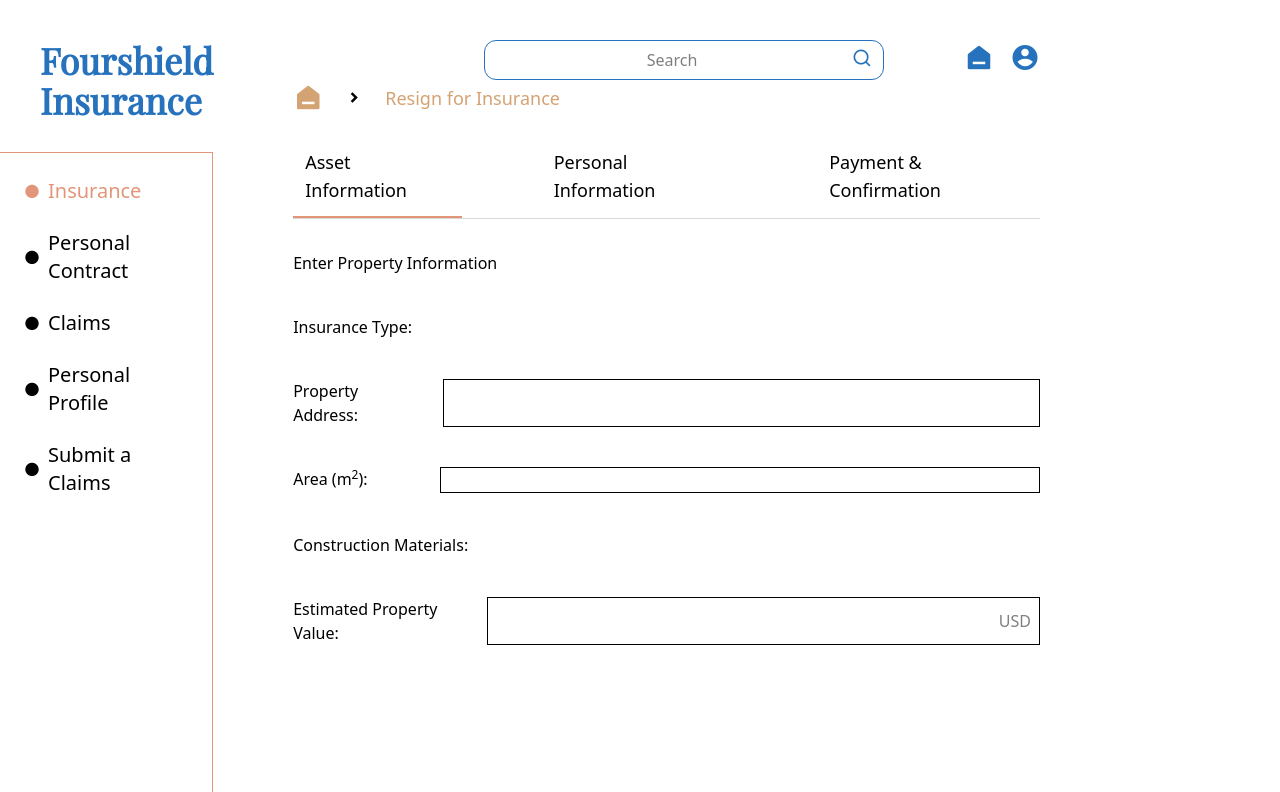
Repository: MockProject9920/MockProject_022025_Nhom4
Page: / (app in frontend/)
The author's editor kept a copy of each file at every save. The page is drawn from the files as they stood at one save, then again after the next save.
The browser window is 1280 px wide. The pictures show the whole page.
The project was rebuilt for these pictures with package versions that can differ from the ones it lists, and the page was loaded fresh each time. Also part of the build but not shown: frontend/vite.config.js, frontend/src/pages/Login.jsx.

Above is the page before, as saved 2025-03-05 16:28:57.

### frontend/index.html
<!DOCTYPE html>

<html lang="en">
  <head>
    <meta charset="UTF-8" />
    <link rel="icon" type="image/svg+xml" href="/vite.svg" />
    <meta name="viewport" content="width=device-width, initial-scale=1.0" />
    <title>Vite + React</title>
  </head>
  <body>
    <div id="root"></div>
    <script type="module" src="/src/main.jsx"></script>
  </body>
</html>

### frontend/src/index.css
@import "tailwindcss";
@import "remixicon/fonts/remixicon.css";
/*  font-family: system-ui, Avenir, Helvetica, Arial, sans-serif;
  line-height: 1.5;
  font-weight: 400;

  color-scheme: light dark;
  color: rgba(255, 255, 255, 0.87);
  background-color: #242424;

  font-synthesis: none;
  text-rendering: optimizeLegibility;
  -webkit-font-smoothing: antialiased;
  -moz-osx-font-smoothing: grayscale;
}

a {
  font-weight: 500;
  color: #646cff;
  text-decoration: inherit;
}
a:hover {
  color: #535bf2;
}

body {
  margin: 0;
  display: flex;
  place-items: center;
  min-width: 320px;
  min-height: 100vh;
}

h1 {
  font-size: 3.2em;
  line-height: 1.1;
}

button {
  border-radius: 8px;
  border: 1px solid transparent;
  padding: 0.6em 1.2em;
  font-size: 1em;
  font-weight: 500;
  font-family: inherit;
  background-color: #1a1a1a;
  cursor: pointer;
  transition: border-color 0.25s;
}
button:hover {
  border-color: #646cff;
}
button:focus,
button:focus-visible {
  outline: 4px auto -webkit-focus-ring-color;
}

@media (prefers-color-scheme: light) {
  :root {
    color: #213547;
    background-color: #ffffff;
  }
  a:hover {
    color: #747bff;
  }
  button {
    background-color: #f9f9f9;
  }
} */

### frontend/src/App.jsx
import AssetInformation from "./pages/AssetInformation";
import Login from "./pages/Login";

function App() {
  return (
    <>
      <AssetInformation />
    </>
  );
}

export default App;

### frontend/src/pages/AssetInformation.jsx
import React from "react";
import "@fontsource/playfair-display";

function AssetInformation() {
  return (
    <div className="flex space-x-0 py-10 h-screen w-screen">
      <div className="w-[280px] space-y-8 h-full">
        <p
          className="text-4xl text-[#2772BD] font-bold pl-10"
          style={{ fontFamily: "Playfair Display" }}
        >
          Fourshield Insurance
        </p>
        <div className="space-y-6 h-full p-6  border-t-1 border-r-1 border-t-[#E29578] border-r-[#E29578]">
          <div className="flex space-x-2 items-center">
            <i class="ri-circle-fill text-[#E29578]"></i>
            <p className="text-xl text-[#E29578]">Insurance</p>
          </div>
          <div className="flex space-x-2 items-center">
            <i class="ri-circle-fill"></i>
            <p className="text-xl">Personal Contract</p>
          </div>
          <div className="flex space-x-2 items-center">
            <i class="ri-circle-fill"></i>
            <p className="text-xl">Claims</p>
          </div>
          <div className="flex space-x-2 items-center">
            <i class="ri-circle-fill"></i>
            <p className="text-xl">Personal Profile</p>
          </div>
          <div className="flex space-x-2 items-center">
            <i class="ri-circle-fill"></i>
            <p className="text-xl">Submit a Claims</p>
          </div>
        </div>
      </div>

      <div className=" w-full  mr-60">
        <div className=" flex space-x-20 justify-end ">
          <div className="relative">
            <input
              placeholder="Search"
              className="w-100 h-10 border border-[#2772BD] text-center py-2 pr-10 pl-4 rounded-xl"
            />
            <i className="ri-search-line absolute right-3 top-[18px] transform -translate-y-1/2 text-[#2772BD] text-xl"></i>
          </div>

          <div className="flex space-x-4 text-[#2772BD] text-2xl">
            <i className="ri-home-6-fill text-3xl"></i>
            <i className="ri-account-circle-fill text-3xl"></i>
          </div>
        </div>

        <div
          className="flex space-x-4 w-full ml-20 items-center
        "
        >
          <i className="ri-home-6-fill text-3xl text-[#D4A373]"></i>
          <i class="ri-arrow-drop-right-line text-3xl"></i>
          <p className="text-lg text-[#D4A373]">Resign for Insurance</p>
        </div>

        <div className="flex space-x-20 ml-20 mt-5 justify-center border-b-1 border-b-[#D9D9D9]">
          <p className="text-lg p-3 border-b-2 border-b-[#E29578] z-10">
            Asset Information
          </p>
          <p className="text-lg p-3 ">Personal Information</p>
          <p className="text-lg p-3 ">Payment & Confirmation</p>
        </div>

        <div className="ml-20 mt-8 space-y-10">
          <p className="font-medium">Enter Property Information</p>

          <div className="flex space-x-4">
            <p className="font-medium">Insurance Type:</p>
          </div>
          <div className="flex space-x-4 w-full justify-between">
            <p className="font-medium">Property Address:</p>
            <input className="border-1 w-150"></input>
          </div>
          <div className="flex space-x-4 w-full justify-between">
            <p className="font-medium">
              Area (m<sup>2</sup>):
            </p>
            <input className="border-1 w-150"></input>
          </div>
          <div className="flex space-x-4">
            <p className="font-medium">Construction Materials:</p>
          </div>
          <div className="flex space-x-4 w-full justify-between">
            <p className="font-medium">Estimated Property Value:</p>
            <input
              placeholder="USD"
              className="text-right p-2 border-1 w-150"
            ></input>
          </div>
        </div>
      </div>
    </div>
  );
}

export default AssetInformation;

Loaded but not shown: frontend/src/main.jsx (common file)

After the next save:
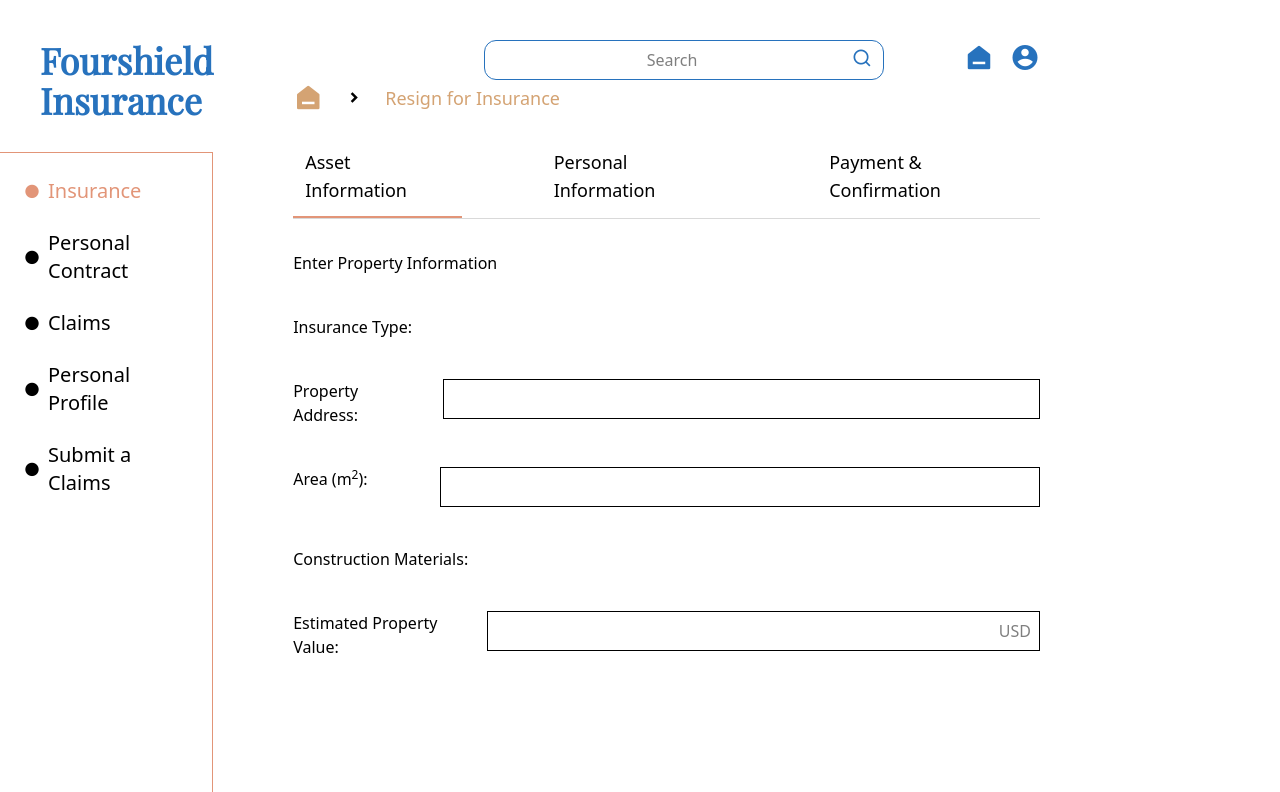
Saved 11 s later.
--- a/frontend/src/pages/AssetInformation.jsx
+++ b/frontend/src/pages/AssetInformation.jsx
@@ -76,13 +76,13 @@ function AssetInformation() {
           </div>
           <div className="flex space-x-4 w-full justify-between">
             <p className="font-medium">Property Address:</p>
-            <input className="border-1 w-150"></input>
+            <input className="border-1 w-150 h-10"></input>
           </div>
           <div className="flex space-x-4 w-full justify-between">
             <p className="font-medium">
               Area (m<sup>2</sup>):
             </p>
-            <input className="border-1 w-150"></input>
+            <input className="border-1 w-150 h-10"></input>
           </div>
           <div className="flex space-x-4">
             <p className="font-medium">Construction Materials:</p>
@@ -91,7 +91,7 @@ function AssetInformation() {
             <p className="font-medium">Estimated Property Value:</p>
             <input
               placeholder="USD"
-              className="text-right p-2 border-1 w-150"
+              className="text-right p-2 border-1 w-150 h-10"
             ></input>
           </div>
         </div>
